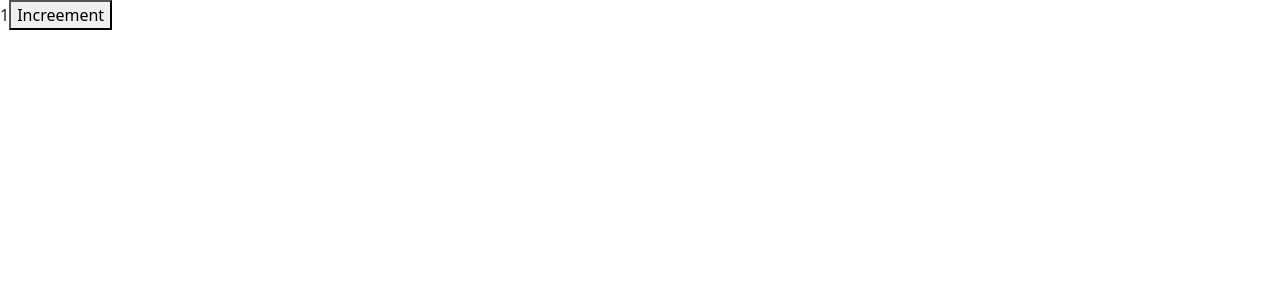
Repository: atulbihari94/counter-app
Page: / (app in counter-app/)
These files come from the project's save history. The page is drawn as it stood at one moment and after the next save; the edit follows.
The browser window is 1280 px wide. The pictures show the whole page.
The project was rebuilt for these pictures with package versions that can differ from the ones it lists, and the page was loaded fresh each time. Also part of the build but not shown: counter-app/src/App.css, counter-app/src/App.js.

Above is the page before, as saved 2019-09-26 01:00:30.

### counter-app/src/index.js
import React from 'react';
import ReactDOM from 'react-dom';
import './index.css';
import App from './App';
import * as serviceWorker from './serviceWorker';
//import registerServiceWorker from './registerServiceWorker'
import 'bootstrap/dist/css/bootstrap.css' ;
import Counter from './components/counter'

ReactDOM.render(<Counter />, document.getElementById('root'));

// If you want your app to work offline and load faster, you can change
// unregister() to register() below. Note this comes with some pitfalls.
// Learn more about service workers: https://bit.ly/CRA-PWA
serviceWorker.unregister();
// registerServiceWorker();

### counter-app/src/components/counter.jsx
import React, { Component } from "react";
class Counter extends Component {
  state = {
    count: 1
  };
  render() {
    return (
      <div>
        <span>{this.formatCount()}</span>
        <button>Increement</button>
      </div>
    );
  }
  formatCount() {
    const { count } = this.state;
    return count === 0 ? "Zero" : count;
  }
}

export default Counter;

Loaded but not shown: counter-app/public/index.html (common file); counter-app/src/index.css (common file); counter-app/src/serviceWorker.js (common file)

After the next save:
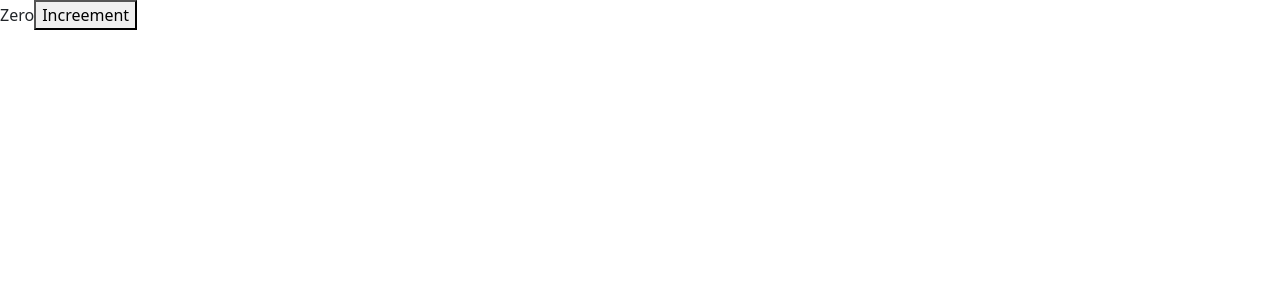
Saved 25 s later.
--- a/counter-app/src/components/counter.jsx
+++ b/counter-app/src/components/counter.jsx
@@ -1,7 +1,7 @@
 import React, { Component } from "react";
 class Counter extends Component {
   state = {
-    count: 1
+    count: 0
   };
   render() {
     return (
